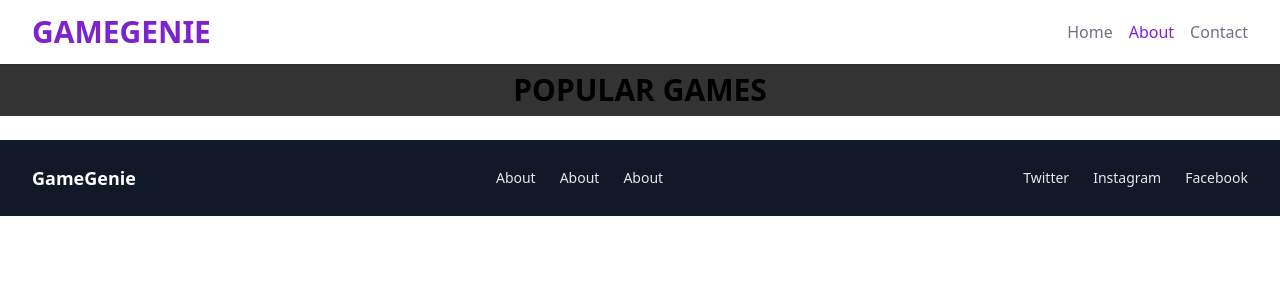
Repository: mfaeezshabbir/Gamegenie
Page: /allGames
These files come from the project's save history. The page is drawn as it stood at one moment and after the next save; the edit follows.
The browser window is 1280 px wide. The pictures show the whole page.
The page's requests for data from a server got no answer. The project was rebuilt for these pictures with package versions that can differ from the ones it lists, and the page was loaded fresh each time. The framework's server and built-in components were replaced by stand-ins that run in the browser. No one was signed in, and anything a server would have sent is missing. Also part of the build but not shown: next.config.js, components/GameCard/GameCard.jsx.

Above is the page before, as saved 2023-04-18 13:02:53.

After the next save:
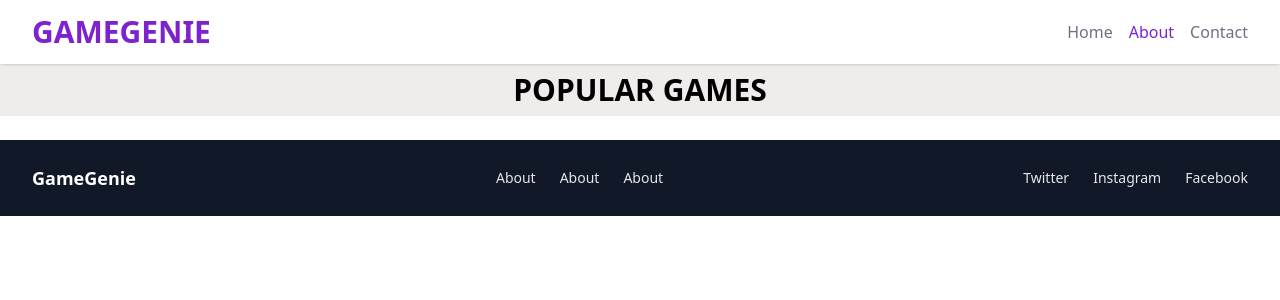
Saved 12 s later.
--- a/pages/allGames.jsx
+++ b/pages/allGames.jsx
@@ -18,7 +18,7 @@
 
   return (
     <div className="justify-center items-center" >
-      <h1 className="text-3xl text-center bg-[#333] p-2 uppercase font-bold" >Popular Games</h1><br />
+      <h1 className="text-3xl text-center bg-[#f0ecec] p-2 uppercase font-bold" >Popular Games</h1><br />
       <div className="grid grid-cols-1 sm:grid-cols-2 lg:grid-cols-3 gap-4">
         {games.map((game) => (
           <GameCard key={game.name} game={game} />

After the 5 saves that followed:
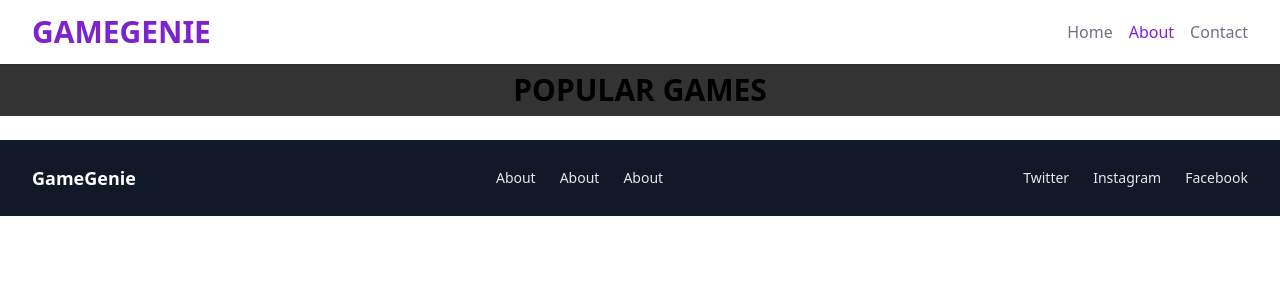
The 5 saves are shown as one change because they came seconds apart.
The last was saved 13 s later.
--- a/pages/allGames.jsx
+++ b/pages/allGames.jsx
@@ -18,7 +18,7 @@
 
   return (
     <div className="justify-center items-center" >
-      <h1 className="text-3xl text-center bg-[#f0ecec] p-2 uppercase font-bold" >Popular Games</h1><br />
+      <h1 className="text-3xl text-center bg-[#333] p-2 uppercase font-bold text- " >Popular Games</h1><br />
       <div className="grid grid-cols-1 sm:grid-cols-2 lg:grid-cols-3 gap-4">
         {games.map((game) => (
           <GameCard key={game.name} game={game} />
